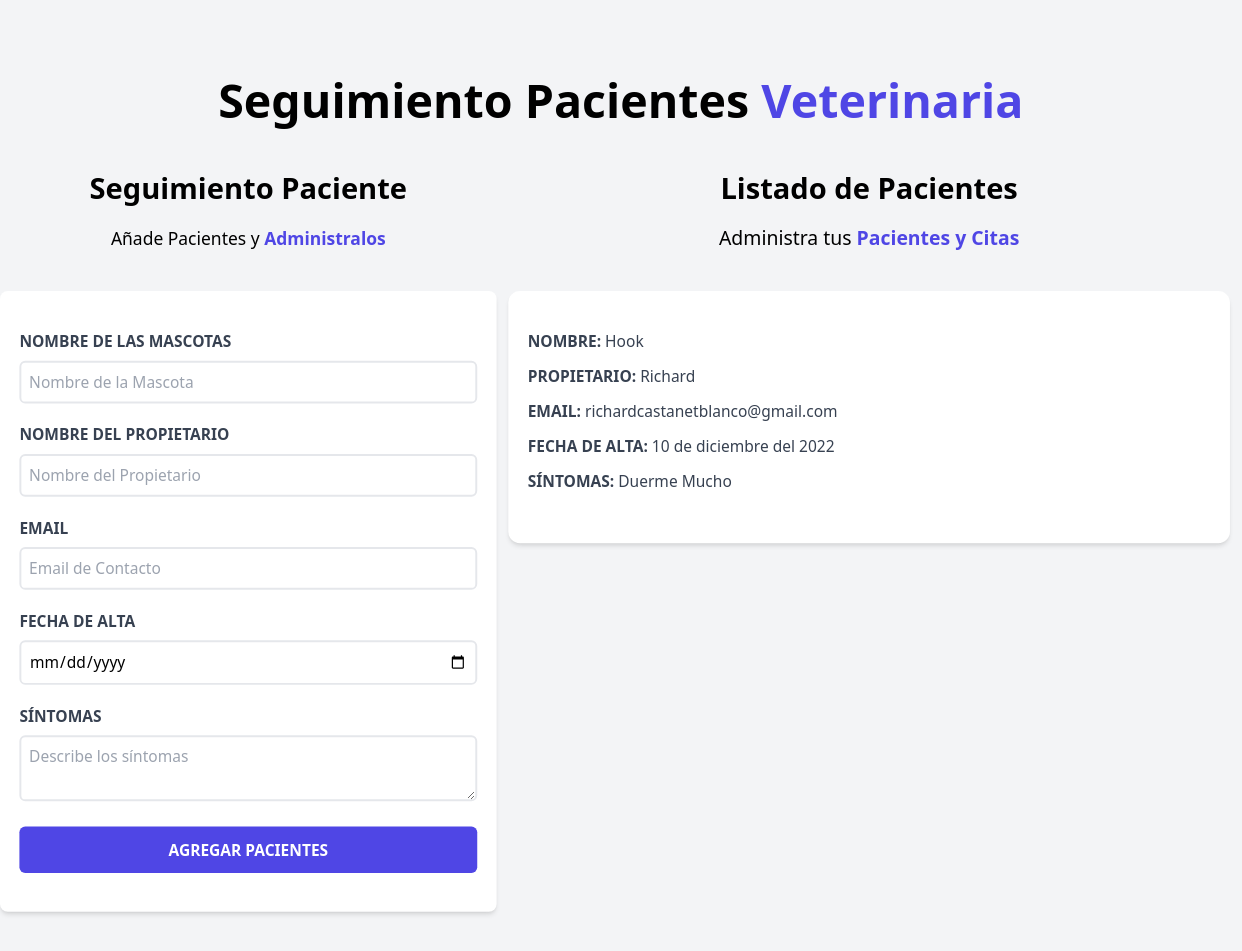
Repository: richardacb/citas_react_vite
Page: /
An editor plug-in stored every save of this project. The page is shown before and after the next save, followed by the edit.
The browser window is 1280 px wide. The pictures show the whole page, at 97% of full size.
The project was rebuilt for these pictures with package versions that can differ from the ones it lists, and the page was loaded fresh each time. Also part of the build but not shown: vite.config.js.

Above is the page before, as saved 2022-12-18 22:30:55.

### src/App.jsx
import { useState } from "react";
import Header from "./components/Header";
import Formulario from "./components/Formulario";
import ListadoPacientes from "./components/ListadoPacientes";

function App() {
  return (
    <div className="container mx-auto mt-20">
      <Header />
      <div className="mt-12 md:flex">
        <Formulario />
        <ListadoPacientes />
      </div>
    </div>
  );
}

export default App;

### src/components/Header.jsx
function Header() {
  return (
    <>
        <h1 className="font-black text-5xl text-center md:w-2/3 mx-auto">Seguimiento Pacientes {''}
         <span className="text-indigo-600">Veterinaria</span></h1>
    </>
  );
}

export default Header;

### src/components/Formulario.jsx
import { useState, useEffect } from "react";

const Formulario = () => {

    //empezmos a utilziar usestate local de nombre
    const [ nombre, setNombre ] = useState('');

    //empezmos a utilziar usestate local de propietario
    const [ propietario, setPropietario ] = useState('');

    //empezmos a utilziar usestate local de email
    const [ email, setEmail ] = useState('');

    //empezmos a utilziar usestate local de alta
    const [ fecha, setFecha ] = useState('');

    //definimos el state local para los sintomas
    const [ sintoma, setSintoma ] = useState('');

    //fucion para valdiar el formualrio
    const handleSubmit =  (e) => {

        e.preventDefault();
        console.log('Enviadno formulario');
    }

    return (
        <div className="md:w-1/2 lg:w-2/5">
            <h2 className="font-black text-3xl text-center">Seguimiento Paciente</h2>

            <p className="text-lg mt-5 text-center mb-10">
                Añade Pacientes y {''} <span className="text-indigo-600 font-bold">Administralos</span>
            </p>

            <form
                onSubmit={handleSubmit}
                className="bg-white shadow-md rounded-lg py-10 px-5 mb-10"
            >
                <div className="mb-5">
                    <label  htmlFor="mascota" className="block text-gray-700 uppercase font-bold">
                        Nombre de las Mascotas
                    </label>
                    <input
                        id="mascota"
                        type="text"
                        placeholder="Nombre de la Mascota"
                        value={nombre}
                        onChange= {(e) => setNombre(e.target.value)}
                        className="border-2 w-full p-2 mt-2 placeholder-gray-400 rounded-md"
                    />
                </div>

                <div className="mb-5">
                    <label  htmlFor="propietario" className="block text-gray-700 uppercase font-bold">
                        Nombre del Propietario
                    </label>
                    <input
                        id="propietario"
                        type="text"
                        placeholder="Nombre del Propietario"
                        value={propietario}
                        onChange= {(e) => setPropietario(e.target.value)}
                        className="border-2 w-full p-2 mt-2 placeholder-gray-400 rounded-md"
                    />
                </div>

                <div className="mb-5">
                    <label  htmlFor="email" className="block text-gray-700 uppercase font-bold">
                        Email
                    </label>
                    <input
                        id="email"
                        type="email"
                        placeholder="Email de Contacto"
                        value={email}
                        onChange= {(e) => setEmail(e.target.value)}
                        className="border-2 w-full p-2 mt-2 placeholder-gray-400 rounded-md"
                    />
                </div>

                <div className="mb-5">
                    <label  htmlFor="alta" className="block text-gray-700 uppercase font-bold">
                        Fecha de Alta
                    </label>
                    <input
                        id="alta"
                        type="date"
                        value={fecha}
                        onChange= {(e) => setFecha(e.target.value)}
                        className="border-2 w-full p-2 mt-2 placeholder-gray-400 rounded-md"
                    />
                </div>

                <div className="mb-5">
                    <label  htmlFor="sintomas" className="block text-gray-700 uppercase font-bold">
                        Síntomas
                    </label>
                    <textarea
                        id="sintomas"
                        className="border-2 w-full p-2 mt-2 placeholder-gray-400 rounded-md"
                        placeholder="Describe los síntomas"
                        value={sintoma}
                        onChange= {(e) => setSintoma(e.target.value)}
                    />
                </div>

                <input
                    type="submit"
                    className="bg-indigo-600 w-full p-3 text-white uppercase font-bold rounded-md hover:bg-indigo-800 cursor-pointer transition-opacity"
                    value="Agregar Pacientes"
                />
            </form>
        </div>
    )
}

export default Formulario;

### src/components/ListadoPacientes.jsx
import Paciente from "./Paciente";

const ListadoPacientes = () => {
  return (
    <div className="md:w-1/2 lg:w-3/5 md:h-screen overflow-y-scroll">
      <h2 className="font-black text-3xl text-center">Listado de Pacientes</h2>
      <p className="text-xl mt-5 mb-10 text-center">Administra tus {''}
        <span className="text-indigo-600 font-bold">
            Pacientes y Citas
        </span>
      </p>

      <Paciente />
    </div>
  );
};

export default ListadoPacientes;
//me quede por el 17E

### src/components/Paciente.jsx
import React from "react";

const Paciente = () => {
  return (
    <div className="m-3 bg-white shadow-md px-5 py-10 rounded-xl">
      <p className="font-bold mb-3 text-gray-700 uppercase">
        Nombre: {""}
        <span className="font-normal normal-case">Hook</span>
      </p>

      <p className="font-bold mb-3 text-gray-700 uppercase">
        Propietario: {""}
        <span className="font-normal normal-case">Richard</span>
      </p>

      <p className="font-bold mb-3 text-gray-700 uppercase">
        Email: {""}
        <span className="font-normal normal-case">
          richardcastanetblanco@gmail.com
        </span>
      </p>

      <p className="font-bold mb-3 text-gray-700 uppercase">
        Fecha de Alta: {""}
        <span className="font-normal normal-case">
          10 de diciembre del 2022
        </span>
      </p>

      <p className="font-bold mb-3 text-gray-700 uppercase">
        Síntomas: {""}
        <span className="font-normal normal-case">Duerme Mucho</span>
      </p>
    </div>
  );
};

export default Paciente;

Loaded but not shown: index.html (common file); src/main.jsx (common file); src/index.css (common file); tailwind.config.cjs (common file)

After the next save:
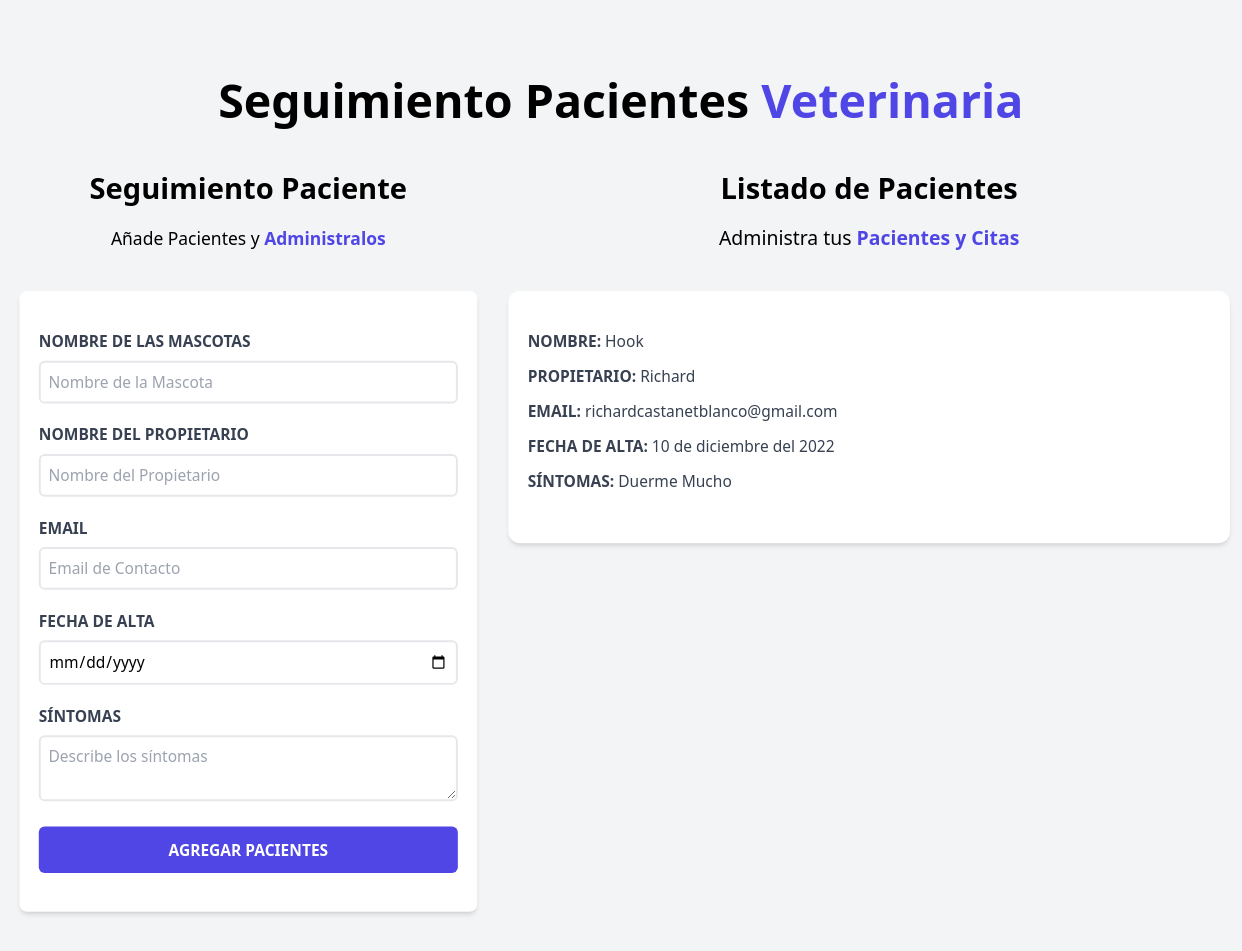
Saved 4 min 10 s later.
--- a/src/components/Formulario.jsx
+++ b/src/components/Formulario.jsx
@@ -34,7 +34,7 @@ const Formulario = () => {
 
             <form
                 onSubmit={handleSubmit}
-                className="bg-white shadow-md rounded-lg py-10 px-5 mb-10"
+                className="bg-white shadow-md rounded-lg py-10 px-5 mb-10 mx-5"
             >
                 <div className="mb-5">
                     <label  htmlFor="mascota" className="block text-gray-700 uppercase font-bold">
